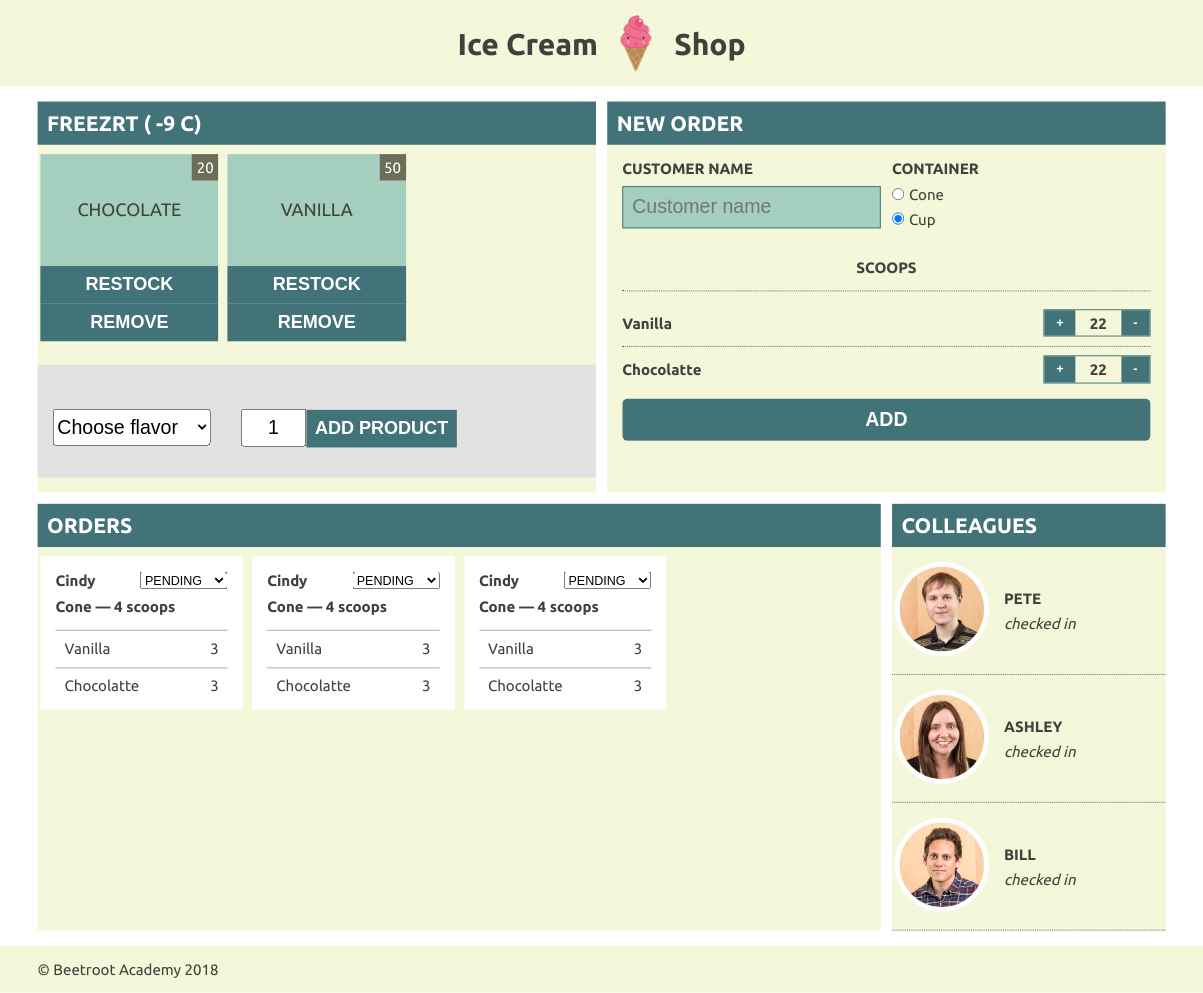
Repository: AlSemyon/Ice_Cream_Shop
Page: /
These files come from the project's save history. The page is drawn as it stood at one moment and after the next save; the edit follows.
The browser window is 1280 px wide. The pictures show the whole page, at 94% of full size.
The project was rebuilt for these pictures with package versions that can differ from the ones it lists, and the page was loaded fresh each time.

Above is the page before, as saved 2019-01-06 13:15:24.

After the next save:
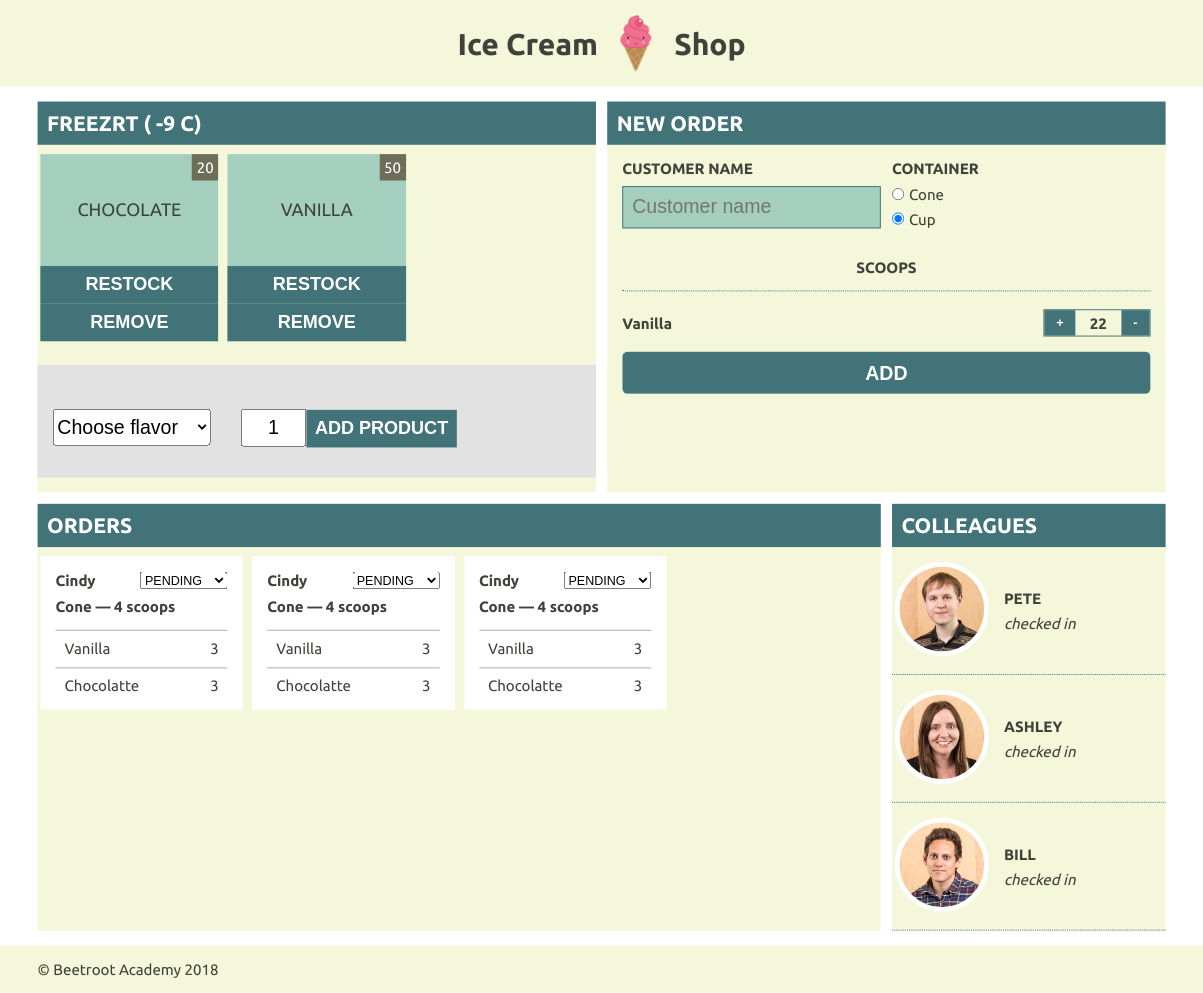
Saved 12 s later.
--- a/src/components/newOrder/index.js
+++ b/src/components/newOrder/index.js
@@ -37,24 +37,7 @@ class NewOrder extends Component {
                     <div>
                         <label className="label-form label-form_scoops">Scoops</label>
                         <div className="scoops">
-                    <div className="scoop">
-                        <div className="scoop__title">Vanilla</div>
-                        <div className="scoop-buttons">
-                            <button className="scoop-buttons__item">+</button>
-                            <span className="scoop-buttons__count">22</span>
-                            <button className="scoop-buttons__item">-</button>
-                        </div>
-                    </div>
-
-
-                    <div className="scoop">
-                        <div className="scoop__title">Chocolatte</div>
-                        <div className="scoop-buttons">
-                            <button className="scoop-buttons__item">+</button>
-                            <span className="scoop-buttons__count">22</span>
-                            <button className="scoop-buttons__item">-</button>
-                        </div>
-                    </div>
+                        <OrderScoopes/>
                 </div>
                     </div>
 
